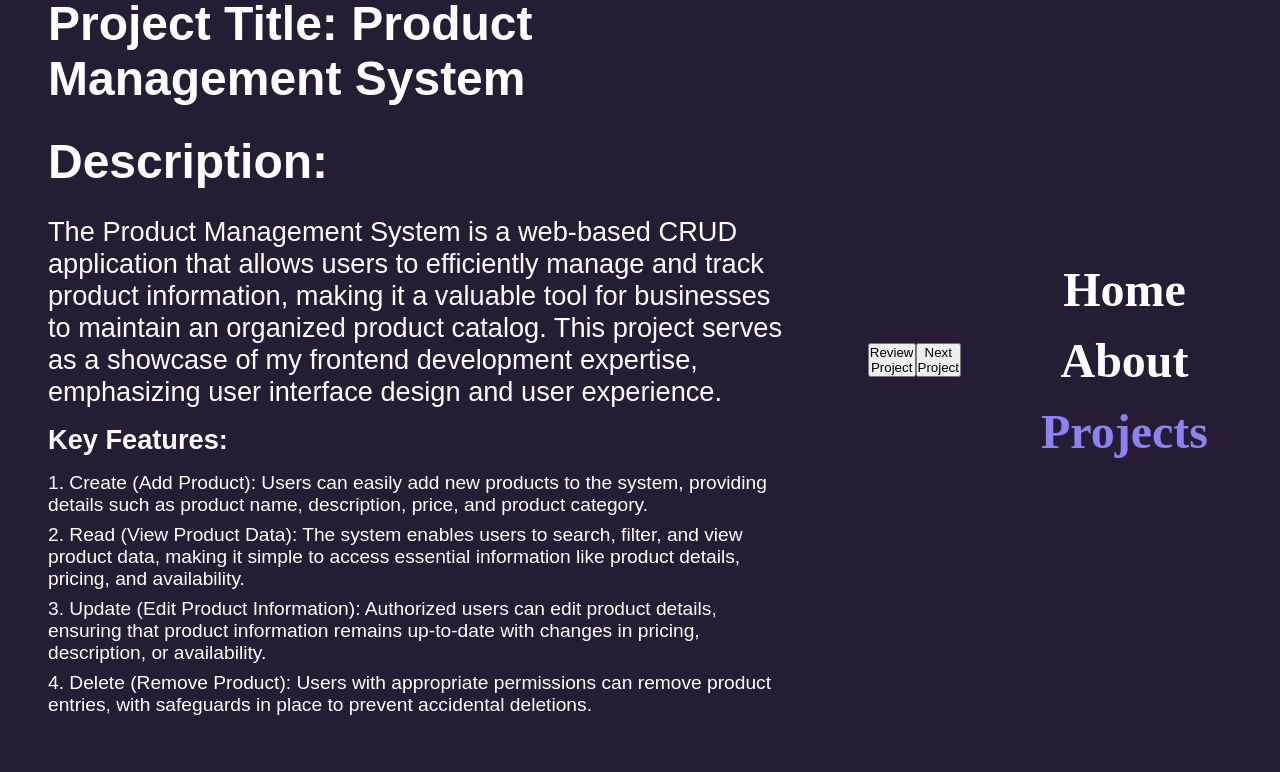
Repository: ahamdy997/portfolio
Page: /projects
The author's editor kept a copy of each file at every save. The page is drawn from the files as they stood at one save, then again after the next save.
The browser window is 1280 px wide. The pictures show the whole page.
The project was rebuilt for these pictures with package versions that can differ from the ones it lists, and the page was loaded fresh each time. Also part of the build but not shown: vue.config.js, src/components/HelloWorld.vue, src/views/HomeView.vue.

Above is the page before, as saved 2023-11-06 00:58:51.

### src/App.vue
<template>
  <div class="flex">
    <router-view />
    <header>
      <nav>
        <router-link to="/">Home</router-link>
        <router-link to="/about">About</router-link>
        <router-link to="/projects">Projects</router-link>
      </nav>
    </header>
  </div>
</template>

<style>
* {
  box-sizing: border-box;
  padding: 0;
  margin: 0;
}
#app {
  width: 100%;
  height: 100vh;
  display: flex;
  align-items: center;
  justify-content: space-between;
  text-align: center;
}
.flex {
  display: flex;
  align-items: center;
  justify-content: space-between;
  padding: 3rem;
  gap: 5rem;
  width: 100%;
}
header {
  font-size: 1.7rem;
}

nav {
  text-align: center;
  display: flex;
  flex-direction: column;
  gap: 1rem;
  margin-right: 1.5rem;
}
body {
  font-family: sans-serif;
  background: #261c33;
  /* background: yellow; */
  color: #fff;
}
nav a {
  font-family: serif;
  font-weight: bold;
  color: #fff;
  text-decoration: none;
  font-size: 3rem;
  transition: all 0.2s;
}
nav a:hover {
  font-style: italic;
  transform: translateX(10px);
}

nav a.router-link-exact-active {
  color: #8d81f3;
}
</style>

### src/router/index.js
import { createRouter, createWebHistory } from "vue-router";
import HomeView from "../views/HomeView.vue";

const routes = [
  {
    path: "/",
    name: "home",
    component: HomeView,
  },
  {
    path: "/about",
    name: "about",
    // route level code-splitting
    // this generates a separate chunk (about.[hash].js) for this route
    // which is lazy-loaded when the route is visited.
    component: () =>
      import(/* webpackChunkName: "about" */ "../views/AboutView.vue"),
  },
  {
    path: "/projects",
    name: "project",
    // route level code-splitting
    // this generates a separate chunk (about.[hash].js) for this route
    // which is lazy-loaded when the route is visited.
    component: () =>
      import(/* webpackChunkName: "about" */ "../views/ProjectView.vue"),
  },
];

const router = createRouter({
  history: createWebHistory(process.env.BASE_URL),
  routes,
});

export default router;

### src/views/ProjectView.vue
<template>
  <div>
    <h2>Project Title: Product Management System</h2>
    <h2>Description:</h2>
    <p>
      The Product Management System is a web-based CRUD application that allows
      users to efficiently manage and track product information, making it a
      valuable tool for businesses to maintain an organized product catalog.
      This project serves as a showcase of my frontend development expertise,
      emphasizing user interface design and user experience.
    </p>
    <ol>
      <h3>Key Features:</h3>
      <li>
        Create (Add Product): Users can easily add new products to the system,
        providing details such as product name, description, price, and product
        category.
      </li>
      <li>
        Read (View Product Data): The system enables users to search, filter,
        and view product data, making it simple to access essential information
        like product details, pricing, and availability.
      </li>
      <li>
        Update (Edit Product Information): Authorized users can edit product
        details, ensuring that product information remains up-to-date with
        changes in pricing, description, or availability.
      </li>
      <li>
        Delete (Remove Product): Users with appropriate permissions can remove
        product entries, with safeguards in place to prevent accidental
        deletions.
      </li>
    </ol>
  </div>
  <div class="view">
    <button type="button">Review Project</button>
    <button type="button">Next Project</button>
  </div>
</template>
<style scoped>
img {
  width: 100%;
}
div {
  text-align: left;
}

h2 {
  margin-bottom: 1.7rem;
  font-size: 3rem;
}
p {
  font-size: 1.7rem;
  margin-bottom: 1rem;
}
h3 {
  margin-bottom: 1rem;
  font-size: 1.7rem;
}

li {
  list-style-position: inside;
  font-size: 1.2rem;
  margin-bottom: 0.5rem;
}
.view {
  display: flex;
  justify-content: center;
  align-items: center;
}
</style>

Loaded but not shown: public/index.html (common file); src/main.js (common file)

After the next save:
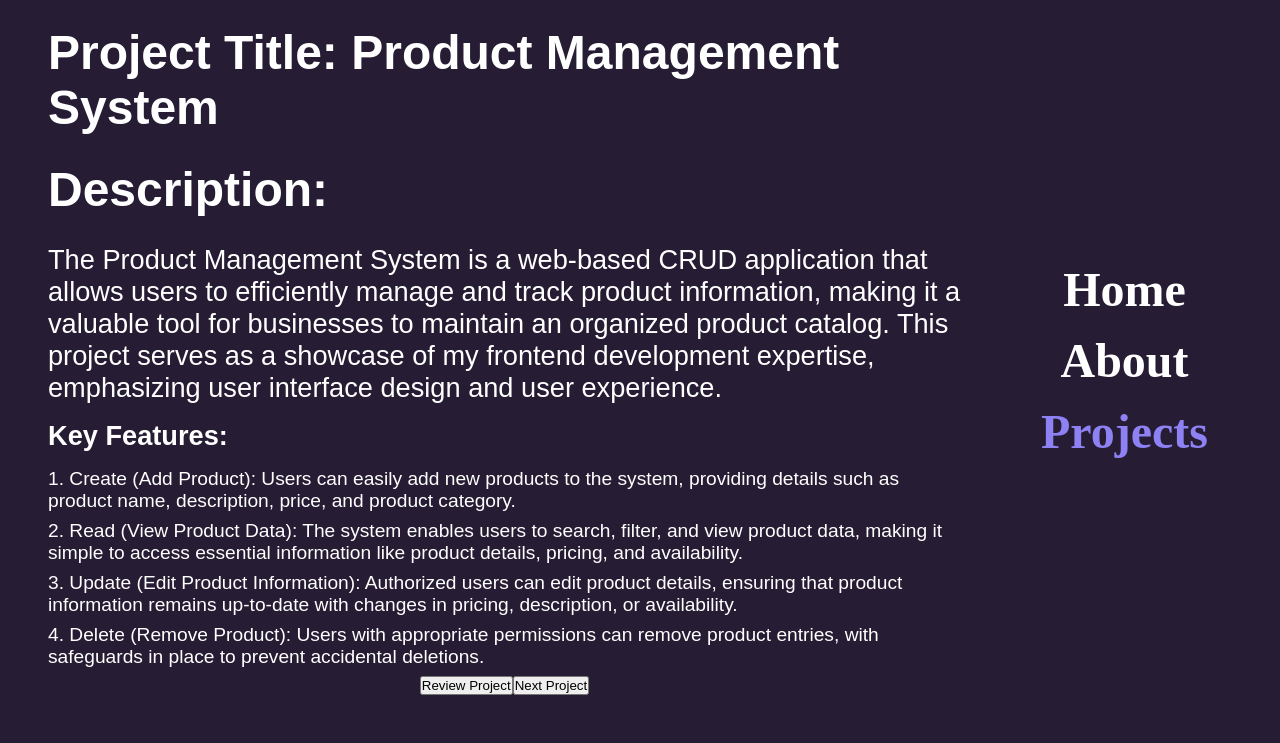
Saved 23 s later.
--- a/src/views/ProjectView.vue
+++ b/src/views/ProjectView.vue
@@ -32,10 +32,10 @@
         deletions.
       </li>
     </ol>
-  </div>
-  <div class="view">
-    <button type="button">Review Project</button>
-    <button type="button">Next Project</button>
+    <div class="view">
+      <button type="button">Review Project</button>
+      <button type="button">Next Project</button>
+    </div>
   </div>
 </template>
 <style scoped>
